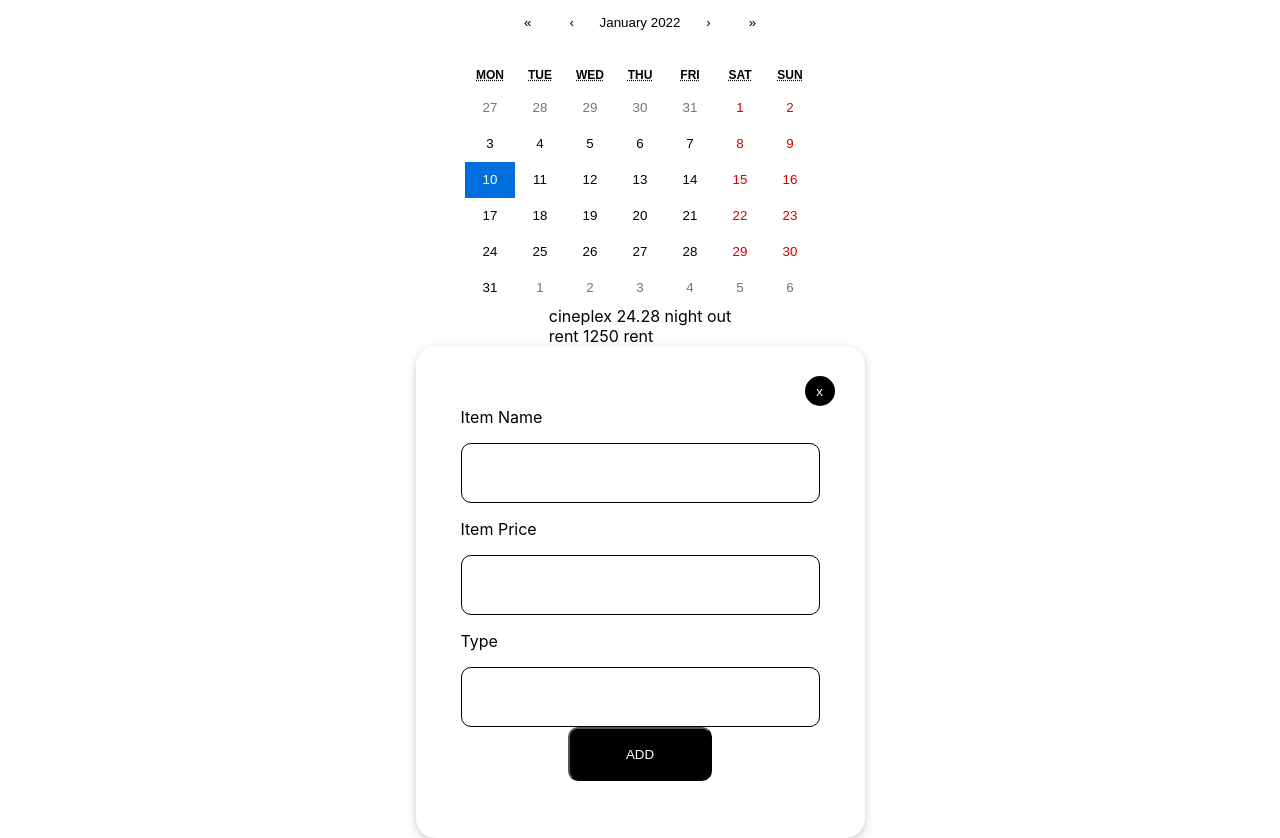
Repository: julianm09/expense-tracker
Page: /
The author's editor kept a copy of each file at every save. The page is drawn from the files as they stood at one save, then again after the next save.
The browser window is 1280 px wide. The pictures show the whole page.
The project was rebuilt for these pictures with package versions that can differ from the ones it lists, and the page was loaded fresh each time. The framework's server and built-in components were replaced by stand-ins that run in the browser. Also part of the build but not shown: next.config.js.

Above is the page before, as saved 2022-01-10 15:09:22.

### pages/_document.js
import Document, { Html, Head, Main, NextScript } from "next/document";
import { ServerStyleSheet } from "styled-components";

class MyDocument extends Document {
  static async getInitialProps(ctx) {
    const sheet = new ServerStyleSheet();
    const originalRenderPage = ctx.renderPage;

    try {
      ctx.renderPage = () =>
        originalRenderPage({
          enhanceApp: (App) => (props) =>
            sheet.collectStyles(<App {...props} />),
        });

      const initialProps = await Document.getInitialProps(ctx);
      return {
        ...initialProps,
        styles: (
          <>
            {initialProps.styles}
            {sheet.getStyleElement()}
          </>
        ),
      };
    } finally {
      sheet.seal();
    }
  }
}



export default MyDocument;

### pages/index.js
import { useState, useEffect } from "react";
import styled from "styled-components";
import MyCalender from "../comps/Calender";
import "react-calendar/dist/Calendar.css";
import DisplayExpense from "../comps/DisplayExpense";
import PopUp from "../comps/popup";

const Cont = styled.div`
  display: flex;
  justify-content: center;
  align-items: center;
  width: 100%;
  flex-direction: column;
`;

export default function Home() {
  const [date, setDate] = useState("");

  const [expenses, setExpenses] = useState({
    "2022-01-08": [
      { name: "save on foods", price: 101.22, type: "groceries" },
      { name: "shell", price: 55.21, type: "gasoline" },
    ],
    "2022-01-09": [
      { name: "earls", price: 150.45, type: "dining" },
      { name: "starbucks", price: 5.24, type: "coffee" },
    ],
    "2022-01-10": [
      { name: "cineplex", price: 24.28, type: "night out" },
      { name: "rent", price: 1250, type: "rent" },
    ],
  });

  return (
    <Cont>
      <MyCalender date={date} setDate={setDate} />
      <DisplayExpense expenses={expenses} date={date} />
      <PopUp />
    </Cont>
  );
}

### comps/Calender.js
import { useState, useEffect } from "react";
import styled from "styled-components";
import Calendar from "react-calendar";
import "react-calendar/dist/Calendar.css";

const CalenderUI = styled(Calendar)`
  display: flex;
  flex-direction: column;
  justify-content: center;
  align-items: center;
  border: none;
`;

export default function MyCalender({ date, setDate }) {
  const [value, onChange] = useState(new Date());

  function convert(str) {
    var date = new Date(str),
      mnth = ("0" + (date.getMonth() + 1)).slice(-2),
      day = ("0" + date.getDate()).slice(-2);
    return [date.getFullYear(), mnth, day].join("-");
  }

  useEffect(() => {
    setDate(convert(value));
  }, [value]);

  return (
    <div>
      <CalenderUI onChange={onChange} value={value} />
    </div>
  );
}

### comps/DisplayExpense.js
import { useState, useEffect } from "react";
import styled from "styled-components";

const Cont = styled.div`
  display: flex;
  flex-direction: column;
`;

export default function DisplayExpense({ expenses, date }) {
  console.log(expenses);

  return (
    <Cont>
      {expenses[date]
        ? expenses[date].map((expense) => (
            <div key={expense.name}>
              {expense.name + " " + expense.price + " " + expense.type}
            </div>
          ))
        : ""}
    </Cont>
  );
}

### comps/popup.js
import { useState, useEffect } from "react";
import styled from "styled-components";

const Cont = styled.div`
  display: flex;
  flex-direction: column;

  align-items: center;
  min-width: 442px;
  min-height: 492px;
  padding: 45px;
  background-color: #fff;
  border-radius: 20px;
  box-shadow: 0 3px 10px rgb(0 0 0 / 0.2);
  position: relative;
`;
const XButton = styled.button`
  position: absolute;
  top: 30px;
  right: 30px;
  border: none;
  border-radius: 20px;
  background-color: #000;
  width: 30px;
  height: 30px;
  color: #fff;
`;

const TextCont = styled.div`
  width: 359px;
  display: flex;
  justify-content: flex-start;

  flex-direction: column;
`;

const Box = styled.input`
  width: 359px;
  height: 60px;
  border: 0.5px solid #000;
  border-radius: 10px;
`;

const Title = styled.p``;
const TopDiv = styled.div``;

const BottomDiv = styled.div`
  width: 359px;
  display: flex;
  justify-content: center;
  align-items: center;
  top-margin: 10%;
  flex-direction: column;
`;
const AddButton = styled.button`
  width: 144px;
  height: 54px;
  background-color: #000;
  color: #fff;
  border-radius: 10px;
`;
export default function PopUp() {
  return (
    <Cont>
      <XButton>x</XButton>
      <TopDiv>
        <TextCont>
          <Title>Item Name</Title>
          <Box></Box>
        </TextCont>
        <TextCont>
          <Title>Item Price</Title>
          <Box></Box>
        </TextCont>
        <TextCont>
          <Title>Type</Title>
          <Box></Box>
        </TextCont>
        <BottomDiv>
          <AddButton>ADD</AddButton>
        </BottomDiv>
      </TopDiv>
    </Cont>
  );
}

Loaded but not shown: pages/_app.js (common file); styles/globals.css (common file)

After the next save:
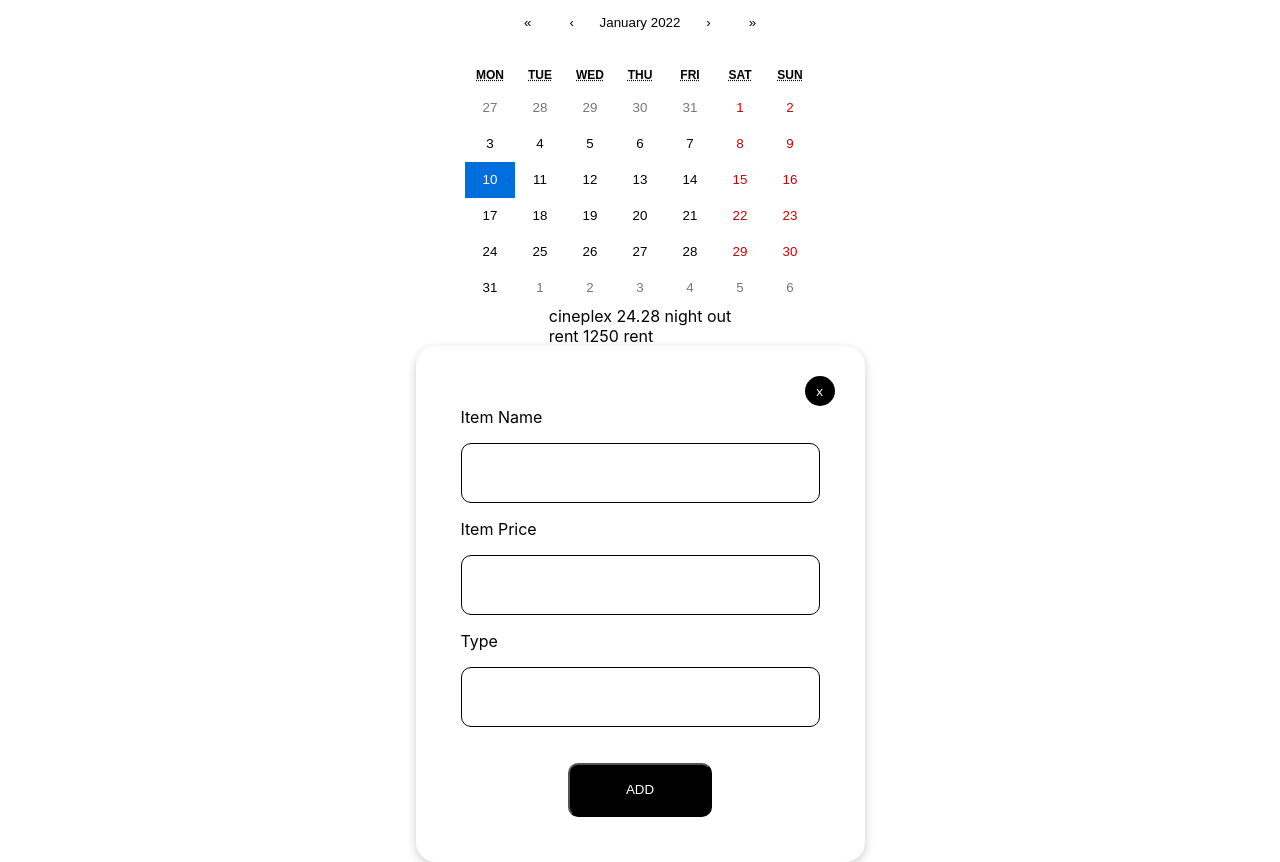
Saved 9 s later.
--- a/comps/popup.js
+++ b/comps/popup.js
@@ -49,7 +49,7 @@ const BottomDiv = styled.div`
   display: flex;
   justify-content: center;
   align-items: center;
-  top-margin: 10%;
+  margin-top: 10%;
   flex-direction: column;
 `;
 const AddButton = styled.button`
